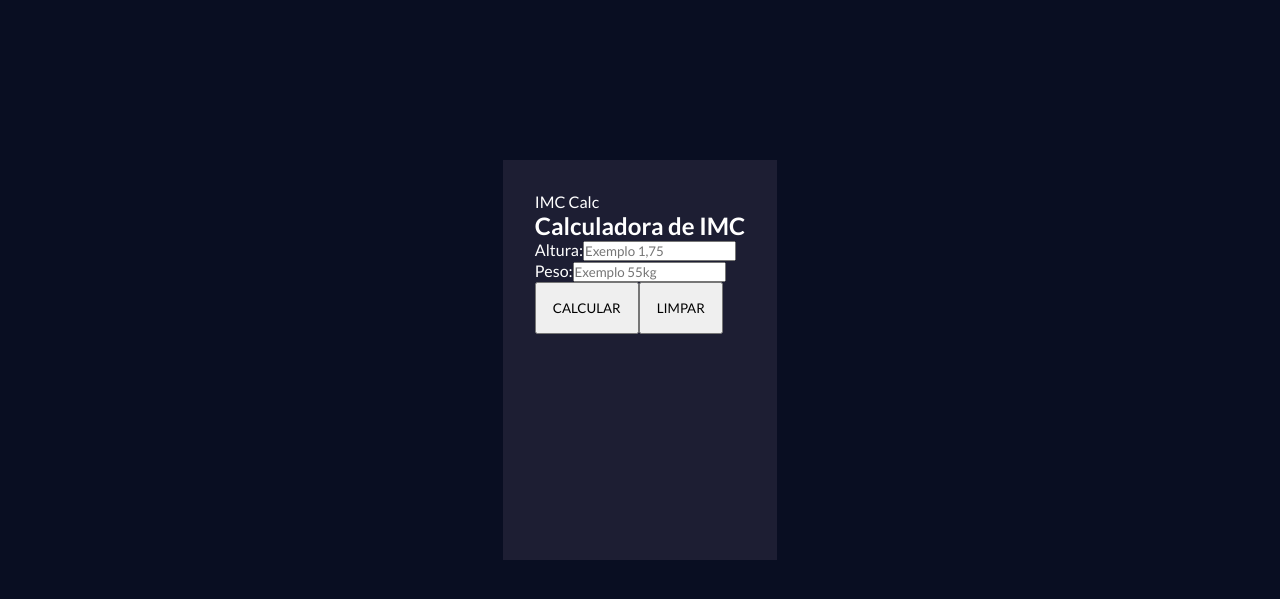
Repository: Bitroia/imc-calc-react
Page: / (app in imc/imc-calc/)
An editor plug-in stored every save of this project. The page is shown before and after a run of saves, followed by the edit.
The browser window is 1280 px wide. The pictures show the whole page.
The project was rebuilt for these pictures with package versions that can differ from the ones it lists, and the page was loaded fresh each time. Also part of the build but not shown: imc/imc-calc/vite.config.js.

Above is the page before, as saved 2026-05-26 18:43:28.

After the next 7 saves:
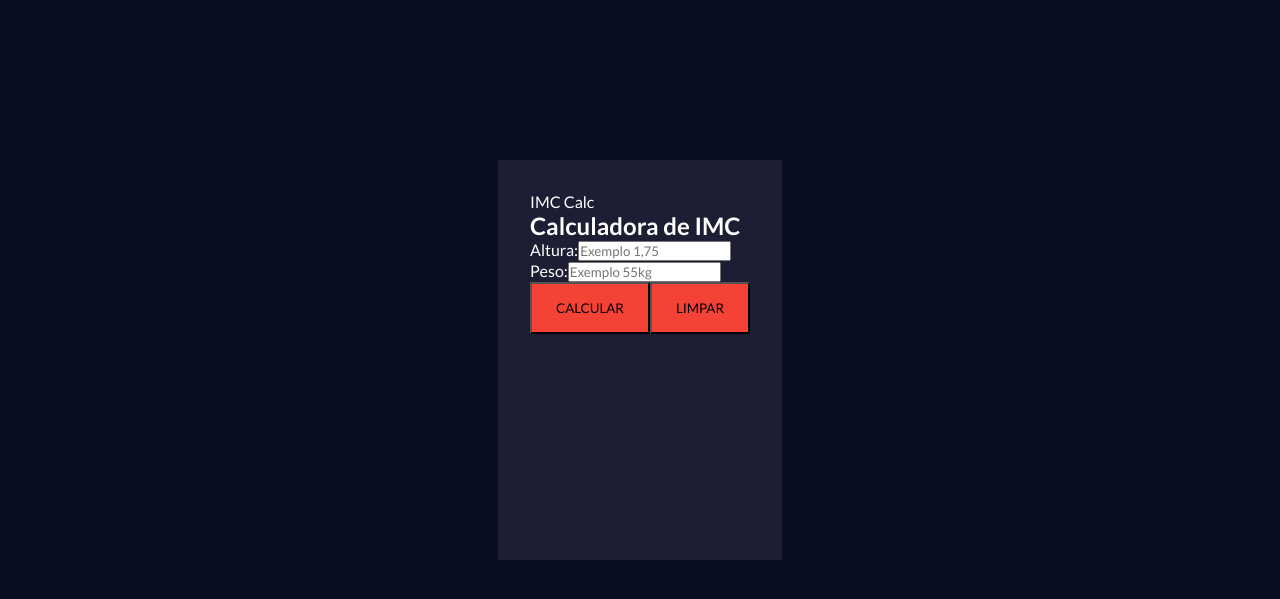
The 7 saves are shown as one change because they came seconds apart.
The last was saved 18 s later.
--- a/imc/imc-calc/src/components/Button.css
+++ b/imc/imc-calc/src/components/Button.css
@@ -1,4 +1,5 @@
 button{
     text-transform: uppercase;
-    padding: 1rem;
+    padding: 1rem 1.5rem;
+    background-color: #f44236;
 }
